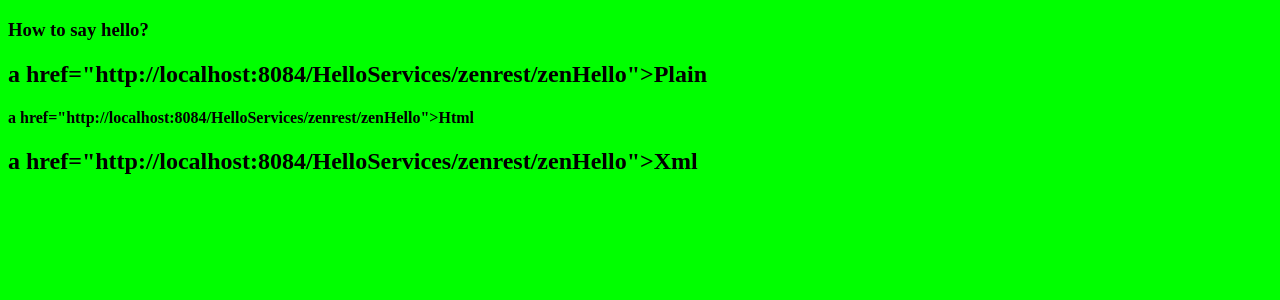
Repository: Pallavijoshii/Zen_Training
Page: RESTfulWebServices/TrivagoHotels/WebContent/index.html
These files come from the project's save history. The page is drawn as it stood at one moment and after the next save; the edit follows.
The browser window is 1280 px wide. The pictures show the whole page.

Above is the page before, as saved 2019-07-25 00:45:57.

### RESTfulWebServices/TrivagoHotels/WebContent/index.html
<!DOCTYPE html>
<html>
<head>
<meta charset="ISO-8859-1">
<title>Trivago Home</title>
<style type="text/css">
body {
  background-color:lime;

}

</style>

</head>
<body>
 <h3>How to say hello?</h3>
 <h2>a href="http://localhost:8084/HelloServices/zenrest/zenHello">Plain</a></h2>
 <h4>a href="http://localhost:8084/HelloServices/zenrest/zenHello">Html</a></h4>
 <h2>a href="http://localhost:8084/HelloServices/zenrest/zenHello">Xml</a></h2>
</body>
</html>

After the next save:
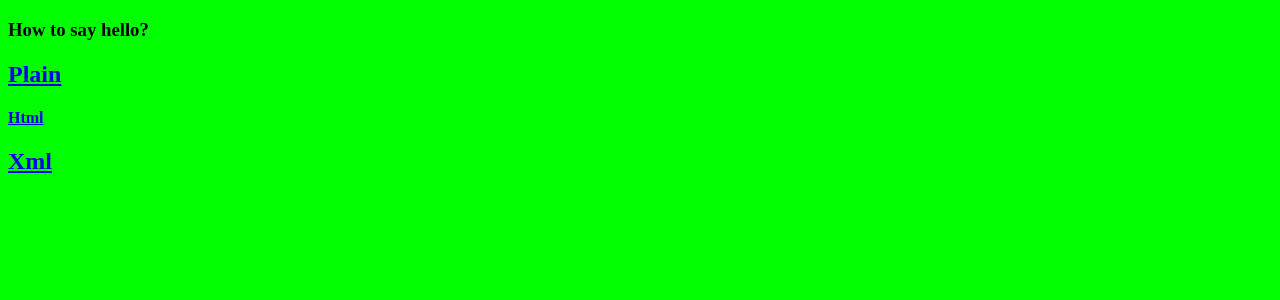
Saved 50 s later.
--- a/RESTfulWebServices/TrivagoHotels/WebContent/index.html
+++ b/RESTfulWebServices/TrivagoHotels/WebContent/index.html
@@ -14,8 +14,8 @@ body {
 </head>
 <body>
  <h3>How to say hello?</h3>
- <h2>a href="http://localhost:8084/HelloServices/zenrest/zenHello">Plain</a></h2>
- <h4>a href="http://localhost:8084/HelloServices/zenrest/zenHello">Html</a></h4>
- <h2>a href="http://localhost:8084/HelloServices/zenrest/zenHello">Xml</a></h2>
+ <h2><a href="http://localhost:8084/HelloServices/zenrest/zenHello">Plain</a></h2>
+ <h4><a href="http://localhost:8084/HelloServices/zenrest/zenHello">Html</a></h4>
+ <h2><a href="http://localhost:8084/HelloServices/zenrest/zenHello">Xml</a></h2>
 </body>
 </html>
